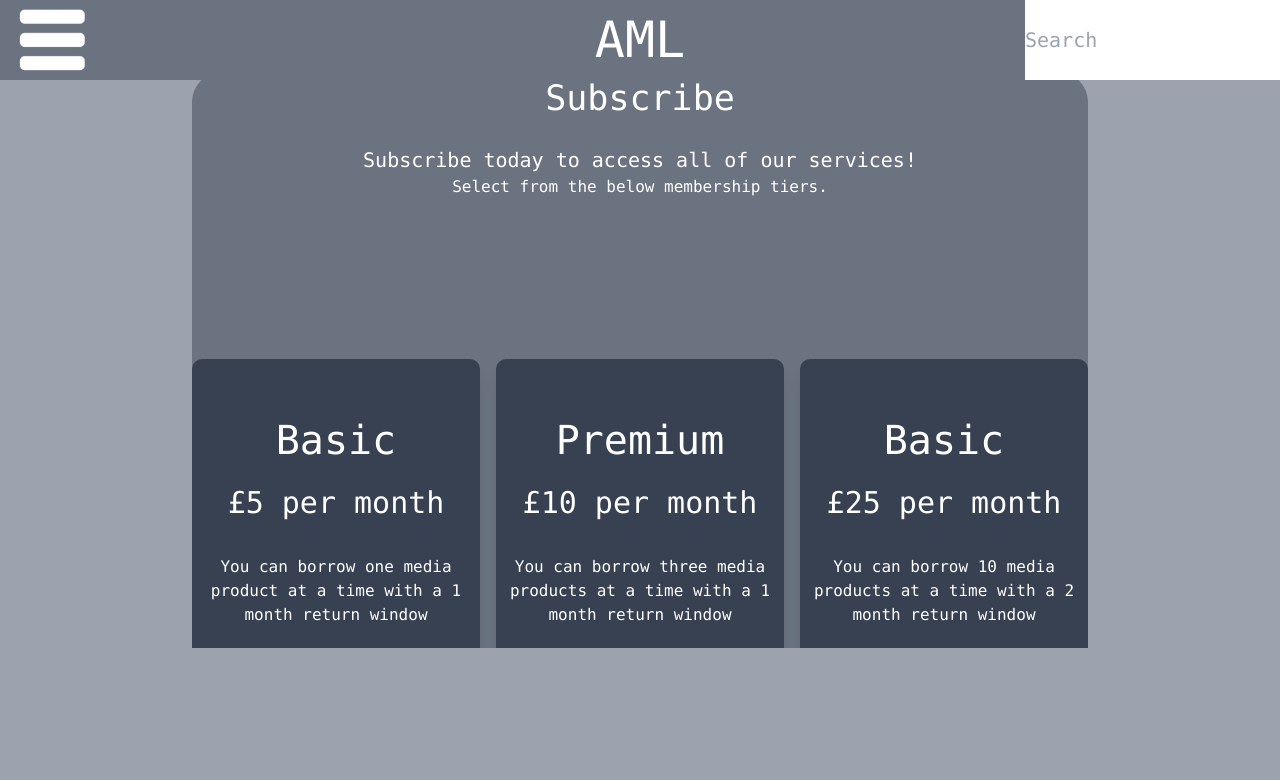
Repository: DuyKhanhDo/AML-Concept
Page: http://localhost/subscribe
These files come from the project's save history. The page is drawn as it stood at one moment and after the next save; the edit follows.
The browser window is 1280 px wide. The pictures show the whole page.
Some web libraries are served in a nearby version. The page is served by the project's Laravel application, run on PHP 8.4 with Laravel 12. A made-up administrator, Test User (test@example.com), is signed in. Other server files are loaded and not shown.

Above is the page before, as saved 2024-11-11 13:05:24.

### routes/web.php
<?php

use App\Http\Controllers\RegisterController;
use App\Http\Controllers\LogInController;
use App\Http\Controllers\ProfileController;
use App\Http\Controllers\SubscriptionController;
use Illuminate\Support\Facades\Route;
use Illuminate\Support\Facades\Auth;

Auth::routes();

Route::get('/', function () {
    return view('catalogue');
});

Route::get('/login', [LogInController::class, 'LogInView'])->name('login');
Route::post('/submit-login', [LogInController::class, 'Submit'])->name('submit.login');

Route::get('/register', [RegisterController::class, 'RegisterView'])->name('register');
Route::post('/submit-register', [RegisterController::class, 'Submit'])->name('submit.register');

Route::get('/subscribe', [SubscriptionController::class, 'SubscribeView'])->name('subscribe');

Route::post('/logout', function(){
    Auth::logout();
    return redirect()->back();
})->name('logout');

### app/Models/User.php
<?php

namespace App\Models;

use Illuminate\Auth\Middleware\Authenticate;
use Illuminate\Database\Eloquent\Model;
use Illuminate\Foundation\Auth\User as Authenticatable;
use Illuminate\Notifications\Notifiable;

class User extends Authenticatable
{
    use Notifiable;
    public $timestamps = false;

    protected $table = 'Users';

    protected $fillable = ['name', 'email', 'password', 'dob'];
};

### app/Http/Controllers/SubscriptionController.php
<?php

namespace App\Http\Controllers;

use Illuminate\Http\Request;

class SubscriptionController extends Controller
{
    public function __construct()
    {
        $this->middleware('auth');
    }

    public function SubscribeView()
    {
        return view('subscribe');
    }
}

### resources/views/subscribe.blade.php
<x-base>
    <x-slot:content>
        <main class="flex justify-center items-center h-screen">
            <div class="absolute top-[5vh] bg-gray-500 w-[70vw] h-[80vh] mt-[5vh] rounded-[30px] flex items-center flex-col">
                <h1 class="text-[35px]">Subscribe</h1>
                <h3 class="text-[20px] mt-[20px]">Subscribe today to access all of our services!</h3>
                <h5>Select from the below membership tiers.</h5>
                <div class="flex overflow-x-auto w-full space-x-4 justify-center">
                    <x-subscription-tier tier='Basic' price='£5' benefits='You can borrow one media product at a time with a 1 month return window'></x-subscription-tier>
                    <x-subscription-tier tier='Premium' price='£10' benefits='You can borrow three media products at a time with a 1 month return window'></x-subscription-tier>
                    <x-subscription-tier tier='Basic' price='£25' benefits='You can borrow 10 media products at a time with a 2 month return window'></x-subscription-tier>
                </div>
            </div>
        </main>
    </x-slot>
</x-base>

### resources/views/components/subscription-tier.blade.php
<button class="bg-gray-700 rounded-[10px] w-[20rem] h-[20rem] shadow-lg mt-[10rem]">
    <h2 class="text-[40px] mb-[10px]">{{ $tier }}</h2>
    <h2 class="text-[30px] mb-[30px]">{{ $price }} per month</h2>
    <h3>{{ $benefits }}</h3>
</button>

### resources/views/components/base.blade.php
<!DOCTYPE html>
<html lang="en">
<head>
    <meta charset="UTF-8">
    <meta name="viewport" content="width=device-width, initial-scale=1.0">
    <title>AML</title>
    <script src="https://cdn.tailwindcss.com"></script>
</head>
<body class="bg-gray-400 font-mono">
    <x-navigation-bar></x-navigation-bar>
    <main class="mt-[5vh] text-white text-center">
        {{ $content }}
    </main>
</body>
</html>

### resources/views/components/navigation-bar.blade.php
<div class="fixed left-0 top-0 w-full h-[5rem] flex items-center justify-center bg-gray-500 m-0 p-0 box-border font-mono z-50">
    <button id="toggle-sidebar" class="absolute left-0 ml-[10px] h-full"><img class="h-full" draggable="false" src="{{ asset('assets/sidebar-img.png') }}" alt=""></button>
    <h1 class="text-[50px] text-white">AML</h1>
    <input type="text" class="absolute right-0 ml-[10px] h-full radius-[20px] text-[20px]" placeholder="Search">
</div>
<div id="sidebar" class="fixed left-0 top-[5rem] bg-gray-500 w-[20rem] h-[95vh] flex flex-col opacity-0 z-50 transition-opacity duraction-900">
    <ul class="text-center text-white w-full flex items-center">
        <x-side-bar-btn :csrf=false method="GET" route="/" name="Catalogue"></x-side-bar-btn>
    </ul>
    <ul class="absolute bottom-0 flex flex-col text-center text-white w-full flex items-center">
        @if (Auth::check())
            <x-side-bar-btn :csrf=true method="POST" route="{{ route('logout') }}" name="Sign out"></x-side-bar-btn>
        @else
            <x-side-bar-btn :csrf=false method="GET" route="{{ route('login') }}" name="Log in"></x-side-bar-btn>
            <x-side-bar-btn :csrf=false method="GET" route="{{ route('register') }}" name="Register"></x-side-bar-btn>
        @endif
    </ul>
</div>

<script>
    const button = document.getElementById('toggle-sidebar')
    const sidebar = document.getElementById('sidebar')

    button.addEventListener('click',function(){
        sidebar.classList.toggle('opacity-0');
        sidebar.classList.toggle('opacity-100');
    })
</script>

### resources/views/components/side-bar-btn.blade.php
<form class="w-full" method="{{ $method }}" action='{{ $route }}'>
    @if ($csrf == true)
        @csrf
    @endif

    <li class="mx-auto bg-gray-700 w-full h-[5rem] mb-[10px] flex items-center justify-center">
        <button type="submit" class="font-mono text-[30px] w-full">
            {{ $name }}
        </button>
    </li>
</form>

Loaded but not shown: app/Http/Controllers/Auth/ConfirmPasswordController.php (common file); app/Http/Controllers/Controller.php (common file)

After the next save:
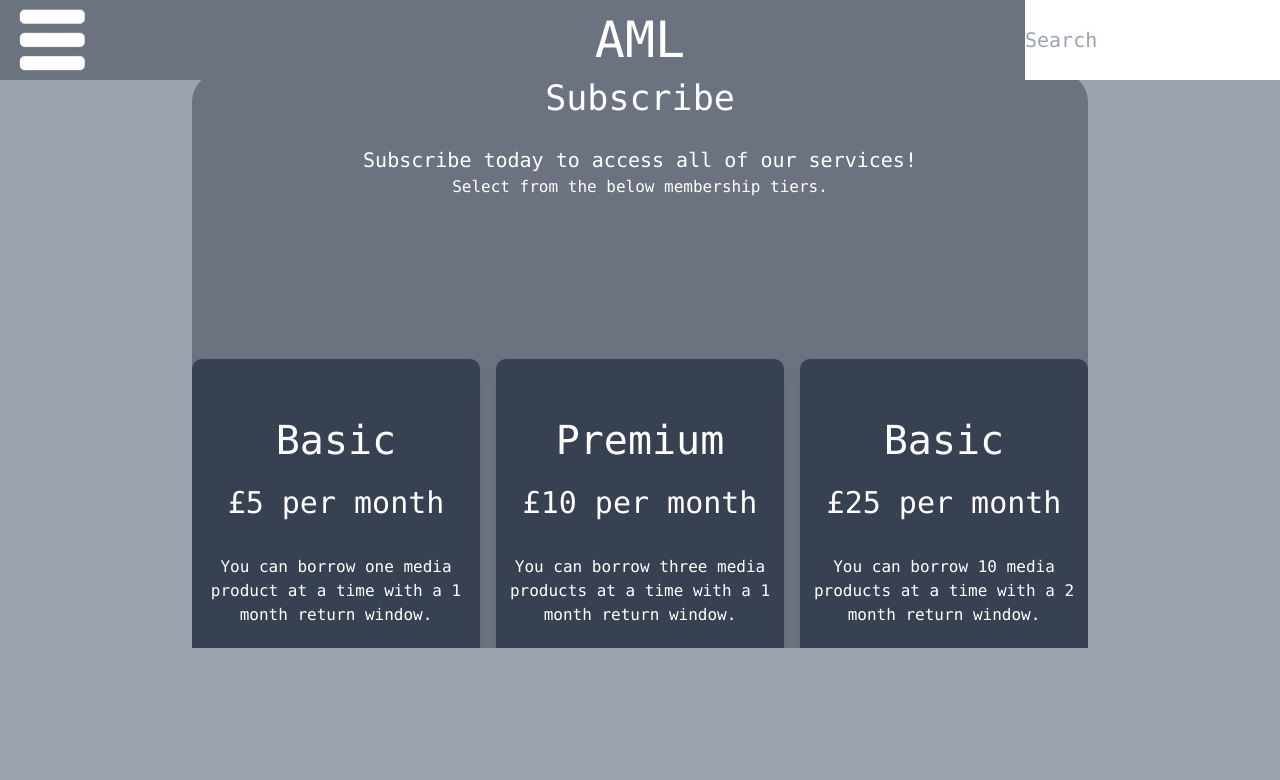
Saved 10 s later.
--- a/resources/views/subscribe.blade.php
+++ b/resources/views/subscribe.blade.php
@@ -6,9 +6,9 @@
                 <h3 class="text-[20px] mt-[20px]">Subscribe today to access all of our services!</h3>
                 <h5>Select from the below membership tiers.</h5>
                 <div class="flex overflow-x-auto w-full space-x-4 justify-center">
-                    <x-subscription-tier tier='Basic' price='£5' benefits='You can borrow one media product at a time with a 1 month return window'></x-subscription-tier>
-                    <x-subscription-tier tier='Premium' price='£10' benefits='You can borrow three media products at a time with a 1 month return window'></x-subscription-tier>
-                    <x-subscription-tier tier='Basic' price='£25' benefits='You can borrow 10 media products at a time with a 2 month return window'></x-subscription-tier>
+                    <x-subscription-tier tier='Basic' price='£5' benefits='You can borrow one media product at a time with a 1 month return window.'></x-subscription-tier>
+                    <x-subscription-tier tier='Premium' price='£10' benefits='You can borrow three media products at a time with a 1 month return window.'></x-subscription-tier>
+                    <x-subscription-tier tier='Basic' price='£25' benefits='You can borrow 10 media products at a time with a 2 month return window.'></x-subscription-tier>
                 </div>
             </div>
         </main>
